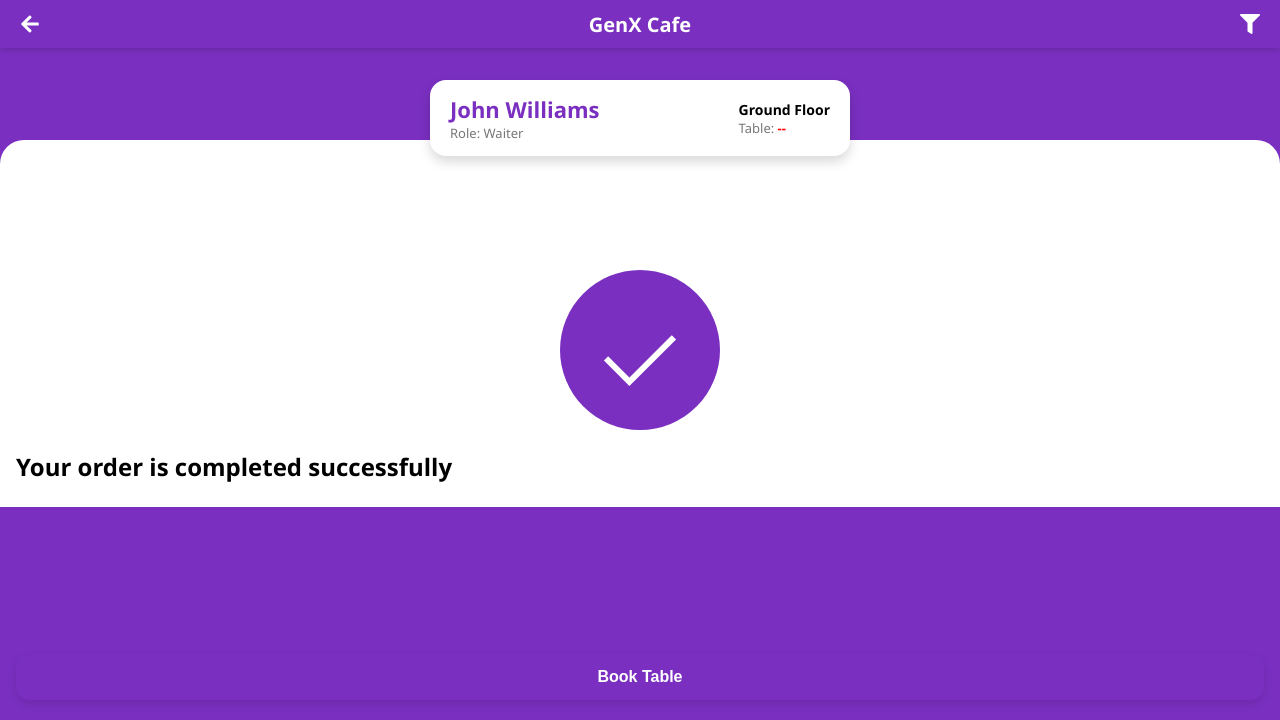
Repository: rajeshwaranslv/sturdy-spork-genx-frontend
Page: /success
An editor plug-in stored every save of this project. The page is shown before and after the next save, followed by the edit.
The browser window is 1280 px wide. The pictures show the whole page.
The project was rebuilt for these pictures with package versions that can differ from the ones it lists, and the page was loaded fresh each time. Also part of the build but not shown: src/components/TableSelection.js, src/components/menu.css, src/components/MenuSelection.js, src/components/order.css, src/components/OrderReview.js, src/components/Billing.js.

Above is the page before, as saved 2025-07-16 17:35:15.

### src/App.js
import React from 'react';
import { BrowserRouter as Router, Route, Switch } from 'react-router-dom';
import TableSelection from './components/TableSelection';
import MenuSelection from './components/MenuSelection';
import OrderReview from './components/OrderReview';
import Billing from './components/Billing';
import Success from './components/Success';

export default function App() {
  return (
    <Router>
      <Switch>
        <Route exact path="/" component={TableSelection} />
        <Route path="/menu/:tableId" component={MenuSelection} />
   <Route path="/orders/:orderId" component={OrderReview} />

        <Route path="/billing/:orderId" component={Billing} />
        <Route path="/success" component={Success} />
      </Switch>
    </Router>
  );
}

### src/components/Success.js
import React, { useEffect } from 'react';
import { withRouter } from 'react-router-dom';
import { updateTableStatus } from '../services/api';
import { FaArrowLeft, FaFilter } from 'react-icons/fa';
import './success.css';

function Success({ history, location }) {
  const tableId = location.state?.tableId;

  useEffect(() => {
    if (tableId) {
      updateTableStatus(tableId, { status: 'available' })
        .then(() => console.log(`✅ Table ${tableId} marked available`))
        .catch(err => console.error('❌ Failed to update table status:', err));
    }
  }, [tableId]);

  const waiter = {
    name: 'John Williams',
    role: 'Waiter',
    floor: 'Ground Floor',
    tableId: tableId ?? '--',
  };

  return (
    <div className="container-fluid">
      {/* ✅ Header */}
      <div className="header-bar">
        <FaArrowLeft className="icon" onClick={() => history.push('/')} />
        <h2>GenX Cafe</h2>
        <FaFilter className="icon" />
      </div>

      {/* ✅ Waiter Card */}
      <div className="waiter-card">
        <div className="waiter-left">
          <strong className="waiter-name">{waiter.name}</strong>
          <div className="waiter-role">Role: {waiter.role}</div>
        </div>
        <div className="waiter-right">
          <div className="floor-label">{waiter.floor}</div>
          <div className="orders-count">
            Table: <span className="order-red">{waiter.tableId}</span>
          </div>
        </div>
      </div>

      {/* ✅ Success Body */}
      <div className="table-section">
        <div className="checkmark-circle">
          <div className="checkmark" />
        </div>
        <h2 className="success-text">Your order is completed successfully</h2>
      </div>

      {/* ✅ Footer Button */}
      <button className="footer-btn" onClick={() => history.push('/')}>
        Book Table
      </button>
    </div>
  );
}

export default withRouter(Success);

### src/services/api.js
import axios from 'axios';

const API = axios.create({
  baseURL: 'http://localhost:3001/',
});

export const getTables = () => API.get('/tables');
export const getTableDetails = (id) => API.get(`/tables/${id}`);
export const getFoodItems = () => API.get('/foodItems');

export const placeOrder = (data) => API.post('/orders', data);
export const updateOrderItemStatus = (id, payload) => API.patch(`/orders/${id}`, payload);
export const getOrder = (id) => API.get(`/orders/${id}`);
export const generateBill = (data) => API.post('/bills', data);

// ✅ NEW: Update table status
export const updateTableStatus = (id, payload) => API.patch(`/tables/${id}`, payload);

### src/components/style.css

*{
  margin: 0;
  padding: 0;
}
.container-fluid {
  position: relative;
  background-color: #7a2fc0;
  /* min-height: 100vh; */
  font-family: 'Segoe UI', sans-serif;
  overflow-x: hidden;
}

/* Header */
.header-bar {
  display: flex;
  justify-content: space-between;
  align-items: center;
  padding: 16px;
  color: white;
  background: #7a2fc0;
  position: sticky;
  top: 0;
  z-index: 10;
}

.header-bar h2 {
  margin: 0;
  font-size: 20px;
}

.icon {
  font-size: 18px;
  cursor: pointer;
}

/* Floating Waiter Card */
.waiter-card {
  position: absolute;
  top: 80px;
  left: 50%;
  transform: translateX(-50%);
  z-index: 20;
  background: white;
  border-radius: 16px;
  box-shadow: 0 6px 12px rgba(0, 0, 0, 0.15);
  padding: 14px 20px;
  width: 90%;
  max-width: 360px;
  display: flex;
  justify-content: space-between;
  align-items: center;
}

.waiter-name {
  color: #7a2fc0;
  font-weight: bold;
}

.waiter-role {
  font-size: 12px;
  color: #777;
}

.floor-label {
  font-weight: bold;
  font-size: 14px;
}

.orders-count {
  font-size: 12px;
  color: #777;
}

.order-red {
  color: red;
  font-weight: bold;
}

/* Main White Rounded Table Section */
.table-section {
  background: white;
  margin-top: 140px; /* space for card to float */
  border-top-left-radius: 24px;
  border-top-right-radius: 24px;
  padding: 90px 16px 24px;
  position: relative;
  z-index: 1;
}

/* Legend */
.legend-row {
  display: flex;
  justify-content: center;
  gap: 24px;
  font-size: 14px;
  margin-bottom: 20px;
  flex-wrap: wrap;
}

.legend-item {
  display: flex;
  align-items: center;
  gap: 6px;
}

.legend-dot {
  width: 10px;
  height: 10px;
  border-radius: 50%;
  display: inline-block;
}

.legend-dot.green {
  background-color: green;
}
.legend-dot.purple {
  background-color: purple;
}
.legend-dot.red {
  background-color: red;
}

/* Table Grid */
.table-grid {
  display: grid;
  grid-template-columns: repeat(auto-fit, minmax(110px, 1fr));
  gap: 14px;
  margin-bottom: 16px;
}

/* Table Buttons */
.table-btn {
  padding: 14px 0;
  border-radius: 14px;
  font-size: 16px;
  font-weight: bold;
  border: 2px solid transparent;
  cursor: pointer;
  text-align: center;
  transition: all 0.2s ease-in-out;
}

.table-btn.available {
  color: green;
  border: 2px solid green;
  background-color: white;
}
.table-btn.available:hover {
  background-color: #f0fff0;
}

.table-btn.selected {
  background-color: #7a2fc0;
  color: white;
  border: 2px solid #7a2fc0;
}

.table-btn.occupied {
  background-color: red;
  color: white;
  cursor: not-allowed;
}

/* Select Button */
.select-btn {
  width: 100%;
  padding: 14px;
  border-radius: 14px;
  background-color: #7a2fc0;
  color: white;
  font-size: 16px;
  font-weight: bold;
  border: none;
  cursor: pointer;
  box-shadow: 0 3px 8px rgba(0, 0, 0, 0.1);
}

.select-btn:disabled {
  opacity: 0.5;
  cursor: not-allowed;
}

.select-btn:hover {
  background-color: #6926b2;
}

/* Responsive */
@media (max-width: 480px) {
  .waiter-card {
    flex-direction: column;
    align-items: flex-start;
    padding: 16px;
    gap: 8px;
  }

  .legend-row {
    gap: 10px;
    font-size: 12px;
  }

  .table-btn {
    font-size: 14px;
    padding: 12px 0;
  }
}
/* Floating Waiter Card */
.waiter-card {
  position: absolute;
  top: 80px;
  left: 50%;
  transform: translateX(-50%);
  z-index: 20;
  background: white;
  border-radius: 16px;
  box-shadow: 0 6px 12px rgba(0, 0, 0, 0.15);
  padding: 14px 20px;
  width: 92%;
  max-width: 380px;
  display: flex;
  justify-content: space-between;
  align-items: center;
  transition: all 0.3s ease-in-out;
}

.waiter-name {
  color: #7a2fc0;
  font-weight: bold;
  font-size: 16px;
}

.waiter-role {
  font-size: 13px;
  color: #777;
}

.floor-label {
  font-weight: bold;
  font-size: 14px;
}

.orders-count {
  font-size: 13px;
  color: #777;
}

.order-red {
  color: red;
  font-weight: bold;
}

/* 💻 Tablet and Desktop View - Wider and Bigger Card */
@media (min-width: 768px) {
  .waiter-card {
    max-width: 640px;
    padding: 20px 32px;
  }

  .waiter-name {
    font-size: 20px;
  }

  .waiter-role,
  .orders-count,
  .floor-label {
    font-size: 16px;
  }
}

/* 🖥️ Larger Screens */
@media (min-width: 1024px) {
  .waiter-card {
    max-width: 800px;
    padding: 24px 40px;
  }

  .waiter-name {
    font-size: 22px;
  }

  .waiter-role,
  .orders-count,
  .floor-label {
    font-size: 18px;
  }
}

### src/components/billing.css
/* Base Container */
.container-fluid {
  position: relative;
  background-color: #7a2fc0;
  min-height: 100vh;
  font-family: 'Segoe UI', sans-serif;
  overflow-x: hidden;
}

/* Header */
.header-bar {
  display: flex;
  justify-content: space-between;
  align-items: center;
  padding: 16px;
  color: white;
  background: #7a2fc0;
  position: sticky;
  top: 0;
  z-index: 10;
}

.header-bar h2 {
  margin: 0;
  font-size: 20px;
}

.icon {
  font-size: 18px;
  cursor: pointer;
}

/* Waiter Card */
.waiter-card {
  position: absolute;
  top: 80px;
  left: 50%;
  transform: translateX(-50%);
  z-index: 20;
  background: white;
  border-radius: 16px;
  box-shadow: 0 6px 12px rgba(0, 0, 0, 0.15);
  padding: 14px 20px;
  width: 92%;
  max-width: 380px;
  display: flex;
  justify-content: space-between;
  align-items: center;
}

.waiter-name {
  color: #7a2fc0;
  font-weight: bold;
}

.waiter-role {
  font-size: 13px;
  color: #777;
}

.floor-label {
  font-weight: bold;
  font-size: 14px;
}

.orders-count {
  font-size: 13px;
  color: #777;
}

.order-red {
  color: red;
  font-weight: bold;
}

/* Rounded Section */
.table-section {
  background: white;
  margin-top: 140px;
  border-top-left-radius: 24px;
  border-top-right-radius: 24px;
  padding: 90px 16px 24px;
  position: relative;
  z-index: 1;
}

/* Order List */
.order-list {
  list-style: none;
  padding: 0;
  margin: 0;
}

.item-row {
  display: flex;
  justify-content: space-between;
  margin-bottom: 12px;
  border-bottom: 1px solid #ddd;
  padding-bottom: 10px;
}

.item-info p {
  margin: 4px 0 0;
  color: #666;
}

.qty-controls {
  display: flex;
  align-items: center;
  gap: 8px;
}

/* Quantity Buttons */
.qty-btn {
  background-color: #7a2fc0;
  color: white;
  border: none;
  border-radius: 6px;
  padding: 4px 10px;
  font-size: 16px;
  font-weight: bold;
  cursor: pointer;
  transition: background-color 0.2s ease;
}

.qty-btn:hover {
  background-color: #6926b2;
}

/* Summary */
.invoice-summary {
  margin-top: 24px;
  font-size: 16px;
  background: #f9f9f9;
  padding: 16px;
  border-radius: 12px;
  box-shadow: 0 -2px 6px rgba(0, 0, 0, 0.05);
}

/* Button */
.select-btn {
  width: 100%;
  padding: 14px;
  border-radius: 14px;
  background-color: #7a2fc0;
  color: white;
  font-size: 16px;
  font-weight: bold;
  border: none;
  cursor: pointer;
  margin-top: 20px;
  box-shadow: 0 3px 8px rgba(0, 0, 0, 0.1);
}

.select-btn:hover {
  background-color: #6926b2;
}

### src/components/success.css
/* Container for Success Page */
.success-page {
  min-height: 100vh;
  display: flex;
  flex-direction: column;
  padding-top: 70px; /* space for header */
  align-items: center;
  justify-content: center;
  background-color: #f8f8f8;
  position: relative;
  text-align: center;
  box-sizing: border-box;
}

/* Header Bar */
.header-bar {
  position: fixed;
  top: 0;
  left: 0;
  right: 0;
  background: #7a2fc0;
  color: white ;
  display: flex;
  justify-content: space-between;
  align-items: center;
  padding: 14px 20px;
  z-index: 1000;
  box-shadow: 0 2px 6px rgba(0, 0, 0, 0.15);
}

.header-bar h2 {
  position: absolute;
  left: 50%;
  transform: translateX(-50%);
  margin: 0;
  font-size: 20px;
   color: white !important ;

}

.icon {
  color: white;
  font-size: 20px;
  cursor: pointer;
  z-index: 10;
}

/* Checkmark Animation */
.checkmark-circle {
  width: 160px;
  height: 160px;
  background-color: #7a2fc0;
  border-radius: 50%;
  display: flex;
  align-items: center;
  justify-content: center;
  margin: 40px auto 20px;
  animation: popCircle 0.5s ease-out;
}

.checkmark {
  width: 30px;
  height: 60px;
  border-right: 6px solid white;
  border-bottom: 6px solid white;
  transform: rotate(45deg) scale(0);
  animation: drawCheck 0.4s 0.3s ease forwards;
}

@keyframes popCircle {
  0% {
    transform: scale(0.7);
    opacity: 0;
  }
  100% {
    transform: scale(1);
    opacity: 1;
  }
}

@keyframes drawCheck {
  to {
    transform: rotate(45deg) scale(1);
  }
}

/* Success Message */
.success-page h2 {
  font-size: 18px;
  margin-top: 12px;
  color: #000000;
}

/* Fixed Bottom Button */
.footer-btn {
  position: fixed;
  bottom: 20px;
  left: 16px;
  right: 16px;
  padding: 14px;
  font-size: 16px;
  font-weight: bold;
  background-color: #7a2fc0;
  color: white;
  border: none;
  border-radius: 14px;
  cursor: pointer;
  box-shadow: 0 4px 8px rgba(0, 0, 0, 0.1);
}

Loaded but not shown: public/index.html (common file); src/index.js (common file)

After the next save:
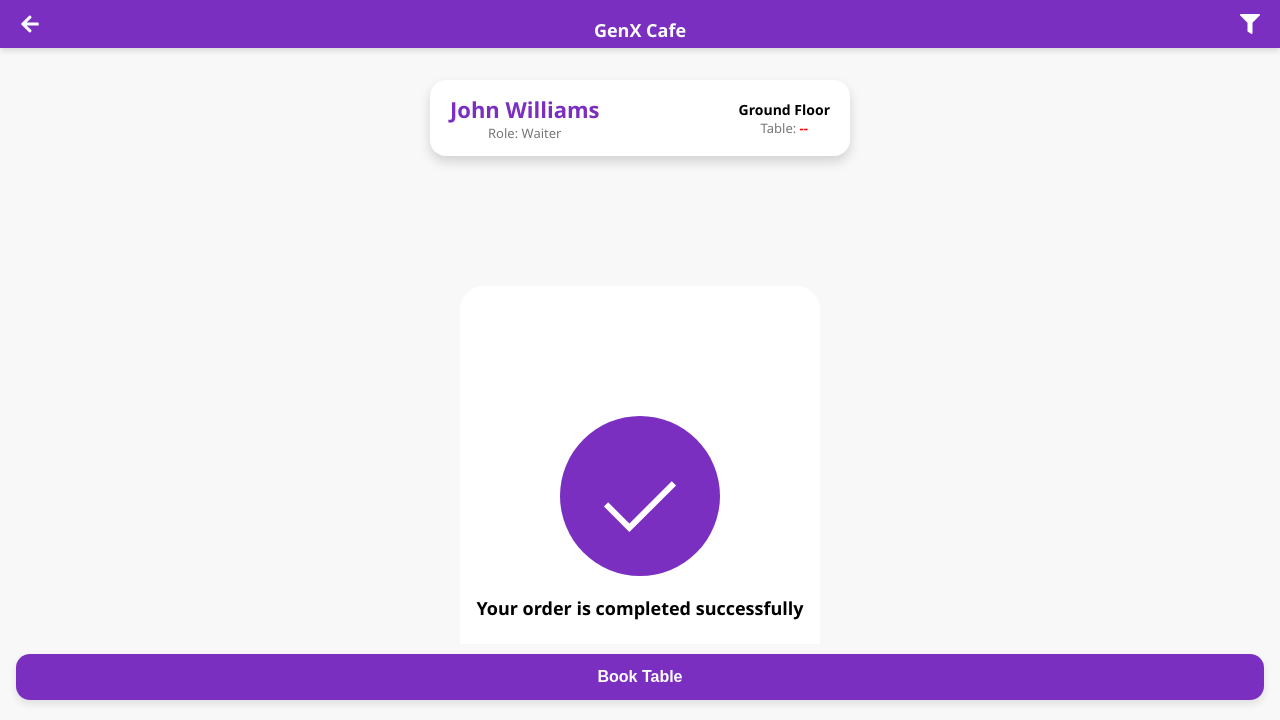
Saved 87 s later.
--- a/src/components/Success.js
+++ b/src/components/Success.js
@@ -23,7 +23,7 @@ function Success({ history, location }) {
   };
 
   return (
-    <div className="container-fluid">
+    <div className="container-fluid success-page">
       {/* ✅ Header */}
       <div className="header-bar">
         <FaArrowLeft className="icon" onClick={() => history.push('/')} />
@@ -46,7 +46,7 @@ function Success({ history, location }) {
       </div>
 
       {/* ✅ Success Body */}
-      <div className="table-section">
+      <div className="table-section success-body">
         <div className="checkmark-circle">
           <div className="checkmark" />
         </div>
